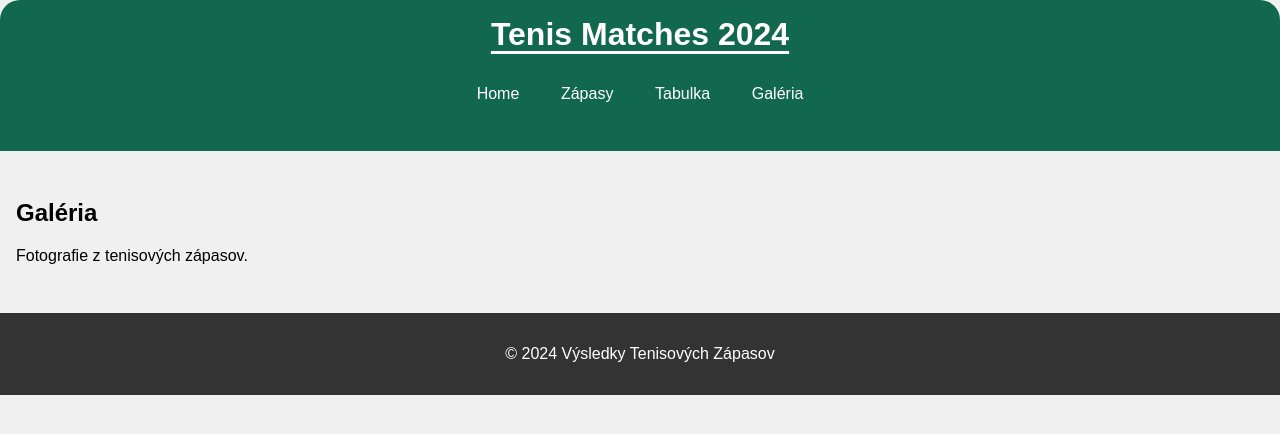
Repository: Badynko/tenis
Page: gallery.html
The author's editor kept a copy of each file at every save. The page is drawn from the files as they stood at one save, then again after the next save.
The browser window is 1280 px wide. The pictures show the whole page.

Above is the page before, as saved 2024-07-20 19:52:04.

After the next save:
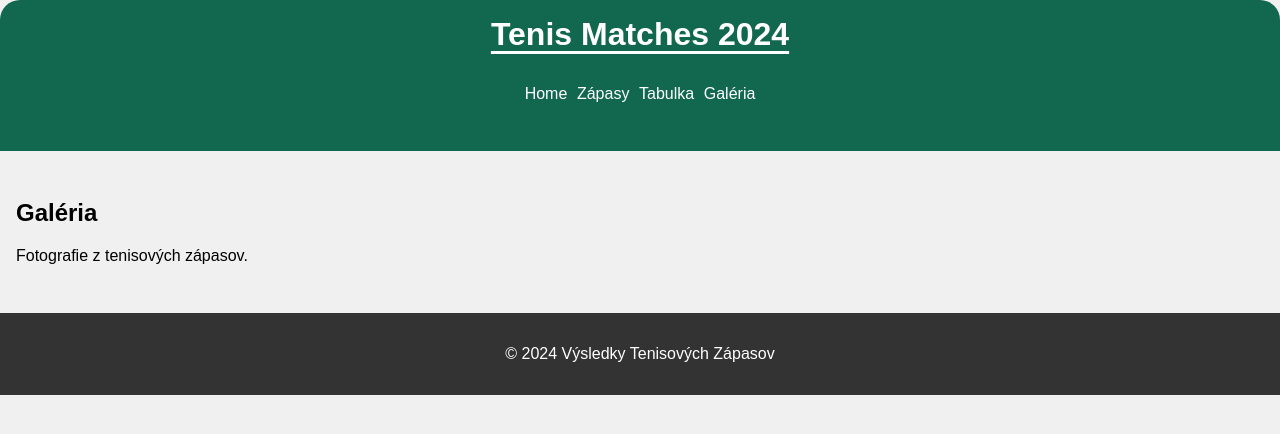
Saved 17 s later.
--- a/css/style.css
+++ b/css/style.css
@@ -31,7 +31,7 @@
 }
 
 .menu li {
-  margin: 0 1rem;
+  margin: 0 0rem;
 }
 
 .menu a {

After the save that followed:
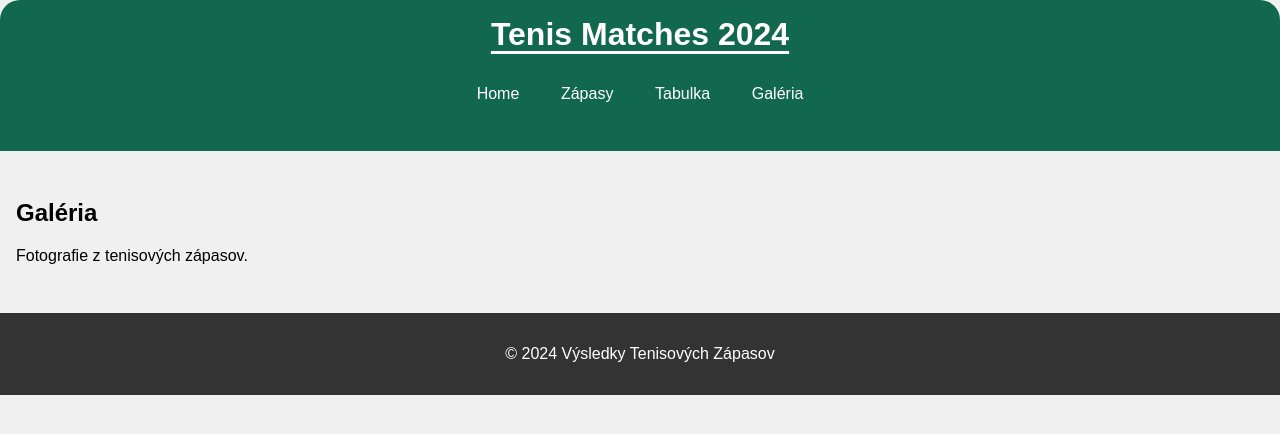
Saved 6 s later.
--- a/css/style.css
+++ b/css/style.css
@@ -31,7 +31,7 @@
 }
 
 .menu li {
-  margin: 0 0rem;
+  margin: 0 1rem;
 }
 
 .menu a {
